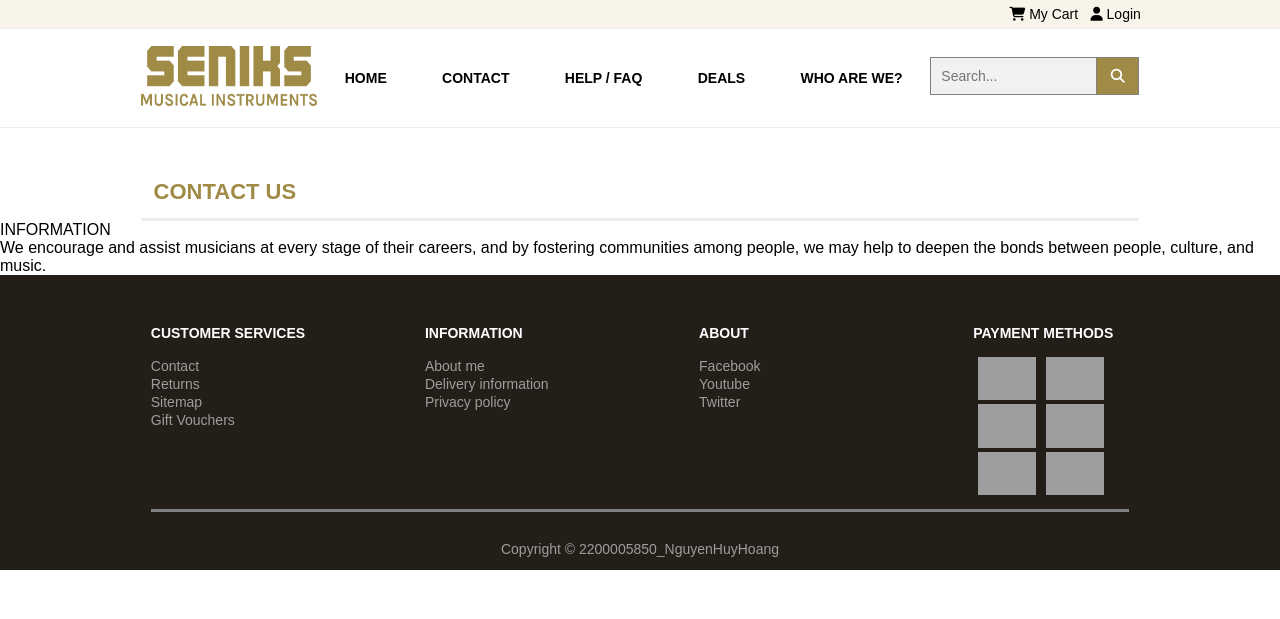
Repository: kuni-hoangnguyen/Do-an-tkweb-nam1
Page: contact.html
An editor plug-in stored every save of this project. The page is shown before and after the next save, followed by the edit.
The browser window is 1280 px wide. The pictures show the whole page.
Pictures or frames that could not be fetched are drawn as grey boxes.

Above is the page before, as saved 2023-09-20 16:17:01.

### contact.html
<!DOCTYPE html>
<html>
  <head>
    <title>SENIKS | CONTACT</title>
    <link rel="stylesheet" href="contact.css">
    <link rel="stylesheet" href="main.css">
    <link rel="stylesheet" href="https://cdnjs.cloudflare.com/ajax/libs/font-awesome/6.4.2/css/all.min.css">
    <meta charset="utf-8">
    <meta http-equiv="X-UA-Compatible" content="IE=edge,chrome=1">
    <meta name="viewport" content="width=device-width, initial-scale=1">
  </head>
  <body>
    <header>
      <div class="row-menu1">

        <ul class="menu">
          <li class="menu-item"><a class="menu-link" href="#"><i class="fa-solid fa-cart-shopping"></i> My Cart</a></li>
          <li class="menu-item"><a class="menu-link" href="#"><i class="fa-solid fa-user"></i> Login</a></li>
        </ul>

      </div>

      <div class="row-menu2">

        <a href="main.html"><img class="logo" src="media/LOGO.png" alt="logo" ></a>

        <ul class="menu">
          <li class="menu-item"><a class="menu-link" href="main.html">HOME</a></li>
          <li class="menu-item"><a class="menu-link" href="contact.html">CONTACT</a></li>
          <li class="menu-item"><a class="menu-link" href="#">HELP / FAQ</a></li>
          <li class="menu-item"><a class="menu-link" href="#">DEALS</a></li>
          <li class="menu-item"><a class="menu-link" href="#">WHO ARE WE?</a></li>
        </ul>

        <form class="search-button">

          <input type="text" placeholder="Search...">
          <button><i class="fa fa-search"></i></button>

        </form>

      </div>
    </header>


    <main>
      <div class="row">
        <p class="title">CONTACT US</p>
        <div>
          <p class="">INFORMATION</p>
          <p>We encourage and assist musicians at every stage of their careers,
            and by fostering communities among people, we may help to deepen the bonds between people,
            culture, and music.</p>
        </div>
      </div>


    </main>



    <footer>

      <div id="end">
        <div class="card">
          <p class="title3">CUSTOMER SERVICES</p>
          <ul>
            <li><a href="contact.html">Contact</a></li>
            <li><a href="#">Returns</a></li>
            <li><a href="#">Sitemap</a></li>
            <li><a href="#">Gift Vouchers</a></li>
          </ul>
        </div>
        <div class="card">
          <p class="title3">INFORMATION</p>
          <ul>
            <li><a href="#">About me</a></li>
            <li><a href="#">Delivery information</a></li>
            <li><a href="#">Privacy policy</a></li>
          </ul>
        </div>
        <div class="card">
          <p class="title3">ABOUT</p>
          <ul>
            <li><a href="#">Facebook</a></li>
            <li><a href="#">Youtube</a></li>
            <li><a href="#">Twitter</a></li>
          </ul>
        </div>
        <div class="card">
          <p class="title3">PAYMENT METHODS</p>
          <ul>
            <li><img src="https://theme.hstatic.net/200000722513/1001090675/14/pay_2.png?v=1126" alt=""><img src="https://theme.hstatic.net/200000722513/1001090675/14/pay_3.png?v=1126" alt=""></li>
            <li><img src="https://theme.hstatic.net/200000722513/1001090675/14/pay_5.png?v=1126" alt=""><img src="https://theme.hstatic.net/200000722513/1001090675/14/pay_7.png?v=1126" alt=""></li>
            <li><img src="https://theme.hstatic.net/200000722513/1001090675/14/pay_8.png?v=1126" alt=""><img src="https://theme.hstatic.net/200000722513/1001090675/14/pay_4.png?v=1126" alt=""></li>
          </ul>
        </div>
      </div>
      <p id="cpr">Copyright © 2200005850_NguyenHuyHoang</p>
  </footer>
  </body>
</html>

### contact.css
.column1 {
  float: left;
  width: 30%;
  padding: 10px;

}
.column2 {
  float: left;
  width: 70%;
  padding: 10px;

}
.row:after {
  content: "";
  display: table;
  clear: both;
}

### main.css
*{
  margin: 0;
  padding: 0;
  box-sizing: border-box;
  font-family: "Arial", Helvetica Neue, Helvetica, sans-serif;
}
header{
  width: 100%;
  background-color: #fff;
  border-style: none none inset  none;
  border-width: 1px;
  margin: auto;
}
.menu{
  list-style-type: none;
  display: flex;
  justify-content: space-around ;
  width: 100%;
}
.row-menu1{
  width: 100%;
  background-color: #f8f4e9;
  border-style: none none inset  none;
  border-width: 1px;
}
.row-menu1 .menu{
  flex-direction: row;
  width: 45%;
  margin-right: 0;
  margin-left: auto;
  padding: 14px 0;
}
.menu-link{
  color: black;
  text-decoration: none;
  font-size: 14px;
}
.row-menu2 .menu-link{
  font-weight: 600;
  font-size: 12px;
}
.menu-link:hover{
  color: #8c7422;
}
.logo{
  width: 35vw;
  padding: 1vw;
  position: absolute;
  top: 0;
}
.search-button input[type="text"]{
  padding: 10px;
  font-size: 14px;
  border: 1px solid grey;
  float: left;
  width: 80%;
  background: #f1f1f1;
}
.search-button button{
  float: left;
  width: 20%;
  padding: 10px;
  background: #9f8a46;
  color: white;
  font-size: 14px;
  border: 1px solid grey;
  border-left: none;
  cursor: pointer;
}
.search-button button:hover{
  background: #8c7422;
}
.search-button::after{
  content: "";
  clear: both;
  display: table;
}
.row-menu2 {
  display: flex;
  flex-direction: column;
  margin: auto;
  padding:10px 0;
}
.row-menu2 .menu{
  flex-direction: row;
  margin: auto;
  width: 100%;
  padding-bottom: 10px;
}


.mySlides {
  display: none;
}
.slideshow-container img {
  vertical-align: middle;
}

.slideshow-container {
  position: relative;
  margin: auto;
  padding:10px 0;
}

.prev, .next {
  cursor: pointer;
  position: absolute;
  top: 50%;
  width: auto;
  padding: 16px;
  margin-top: -30px;
  color: wheat;
  font-weight: bold;
  font-size: 20px;
  transition: 0.6s ease;
  border-radius: 0 3px 3px 0;
  user-select: none;
}

.next {
  right: 0;
  border-radius: 3px 0 0 3px;
}

.prev:hover, .next:hover {
  background-color: rgba(0,0,0,0.8);
}

.fade {
  animation-name: fade;
  animation-duration: 2s;
}

@keyframes fade {
  from {opacity: .4}
  to {opacity: 1}
}

.img-list-mobile{
  margin: auto;
  border-style: outset none inset  none;
  border-width: 1px;
  border-color: gray;
  text-align: center;

}
.img-list-mobile img{
  max-width: 40px;
  max-height: 40px;
  padding: 8% 0;
}
.img-list-mobile .menu{
  flex-direction: column;

}
.img-list-mobile .menu-link{
  font-size: 12px;
  font-weight: 500;
}
.list-item{
  width: 70px;
  height: 70px;
}
.img-row{
  display: flex;
  flex-direction: row;
  justify-content: space-around;
}
.img-list-desktop{
  display: none;
}
.title{
  font-size: 16px;
  font-weight: 700;
  text-transform: uppercase;
  color: #9f8a46;
  margin: auto;
  padding: 10px;
  padding-top: 5px;
  border-style: none none inset none;
}
#first{
  border-style: none;
}
.product{
  margin:auto;
}
.product ul{
  list-style: none;
  display: flex;
  flex-direction: row;
  justify-content: space-around;
}
.product-card{
  width: 188px;
  height: 394px;
  padding: 15px;
  margin-top: 1.2%;
}
.product-card:hover{
  box-shadow: rgba(0, 0, 0, 0.24) 0px 3px 8px;
  border-radius: 5px;
  transform: scale(1.01);
}
.product-card a img{
  width: 158px;
  height: 158px;
}
.product-card .menu-link{
  font-weight: 400;
  font-size: 14px;
  display: block;
  margin: 10px auto;
}
.star{
  margin-top: 25%;
}
.stock{
  font-size: 12px;
  font-weight: 400;
  color: #45cc8f;
  margin: 12px 0;
}
.price{
  font-weight: 600;
}
footer{
  background-color: #231E18;
  padding: 1%;
  margin: auto;
}
.title3{
  color: white;
  font-size: 14px;
  font-weight: bold;
  text-align: center;
  padding: 10% 0;
}
.card{
  width: 156px;
  height: 200px;

}

.b-end{
  background-color: #adc2c9;
  padding: 2.5% 7%;
  display: flex;
  flex-direction: row;
  justify-content: space-around;
}
.card2{
  width: 210px;
  text-align: left;
  border-radius: 5px;
  padding: 10px;
}
.icon{
  font-size: 30px;
  float: left;
  padding: 10px;
}
.title2{
  text-transform: uppercase;
  font-size: 14px;
  margin-top: 9px;
  font-weight: 600;
  width: 155px;
  height: 34px;
}
#fix{
  margin-top: 17px;
  height: 26px;
}
.cmt{

  font-size: 14px;
  font-weight: 300;
  display: inline-block;
  position: relative;
  left: 50%;
  transform: translateX(-50%);
}
#end{
  display: flex;
  flex-direction: column;
  justify-content: space-between;
  margin: 0 11%;
  margin-top: 3vh;
  margin-bottom: 4vh;
  border-style: none none solid none;
  border-color: gray;
}
footer div div li{
  list-style-type: none;
  text-align: center;
}
footer div div li a{
  text-decoration: none;
  color:rgb(157, 157, 157);
  font-weight: 400;
  font-size: 14px;
}
footer div div li img{
  width: 58px;
  margin: 0 5px;
}
#cpr{
  text-align: center;
  color:rgb(157, 157, 157);
  font-size: 14px;
}
#f-ar{
  margin: auto;
  padding: 1% 12%;
  padding-top: 2%;
  background-color: #F4F4F2;
  text-align: center;
  border: none;
}
.f-ar2{
  padding: 1% 11%;
  display: flex;
  flex-direction: row;
  justify-content: space-around;
  background-color: #F4F4F2;
}
.f-ar2 .menu-link{
  font-size: 20px;
  font-weight: 600;
  display: inline-block;
  margin: 5%;
}
.f-ar2 .fix2{
  font-size: 14px;
  display: inline;
  margin: 0;
  font-weight: 500;
  color: #8c7422;
  padding-left: 1%;
}
.card3{
  width: 340px;
  height: 330px;
  background-color: white;
  margin-bottom: 3%;
  border-radius: 5px;
}
.card3:hover{
  box-shadow: rgba(0, 0, 0, 0.24) 0px 3px 8px;
  border-radius: 5px;
  transform: scale(1.01);
}
.pod{
  width: 340px;
  height: 177px;
  border-radius: 5px 5px 0  0;
}


@media(min-width:576px) {
  .row-menu1 .menu{
    width: 12%;
    margin-right: 10%;
    padding: 5px;
  }
  .row-menu2{
    flex-direction: row;
    margin: 0 11%;
    padding:5px 0;
  }
  .row-menu2 .menu{
    width: 70%;
    padding: 0;
  }
  .logo{
    width: 100%;
    height: 60px;
    position: static;
    top:initial;
    margin: 12px 0;
    padding: 0;
  }
  .search-button{
    padding: 23px 0;
  }
  .row-menu2 .menu-link{
    font-size: 14px;
  }
  .slideshow-container{
    margin: 0 11%;
    margin-top: 2%;
  }
  .prev, .next{
    font-size: 28px;
    margin-top: -35px;
  }
  .img-list-mobile {
    display: none;
  }

  .list-item{
    width: 112px;
    height: 104px;
  }
  #first{
    margin: 0 11%;
    margin-top: 2%;
  }
  .img-list-desktop{
    display: block;
    border-style: outset none inset  none;
    border-width: 1px;
    border-color: gray;
    text-align: center;
    margin: 0 11%;
    margin-bottom: 1%;
  }
  .img-list-desktop img{
    max-width: 70px;
    max-height: 70px;
    padding: 15px 0;
  }
  .img-list-desktop .menu{
    flex-direction: row;

  }
  .img-list-desktop .menu-link{
    font-size: 16px;
    font-weight: 500;
  }
  .title{
    text-align: left;
    font-size: 22px;
    margin: 0 11%;
    margin-top: 3%;
    padding: 1%;
  }
  .product{
    margin: 0 11%;
  }
  #end{
    flex-direction: row;
  }
  .title3{
    text-align: left;
  }
  footer div div li{
    text-align: left;
  }
}

After the next save:
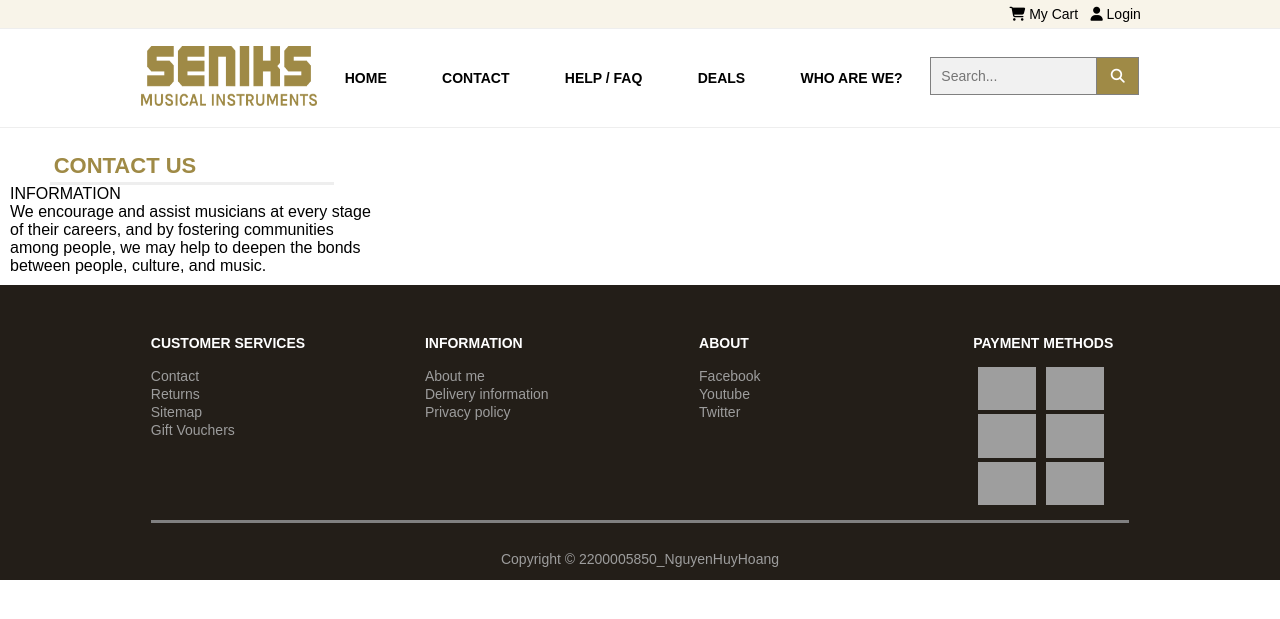
Saved 38 s later.
--- a/contact.html
+++ b/contact.html
@@ -45,13 +45,16 @@
 
     <main>
       <div class="row">
-        <p class="title">CONTACT US</p>
+        <div class="column1">
+          <p class="title">CONTACT US</p>
         <div>
           <p class="">INFORMATION</p>
           <p>We encourage and assist musicians at every stage of their careers,
             and by fostering communities among people, we may help to deepen the bonds between people,
             culture, and music.</p>
         </div>
+        </div>
+
       </div>
 
 
